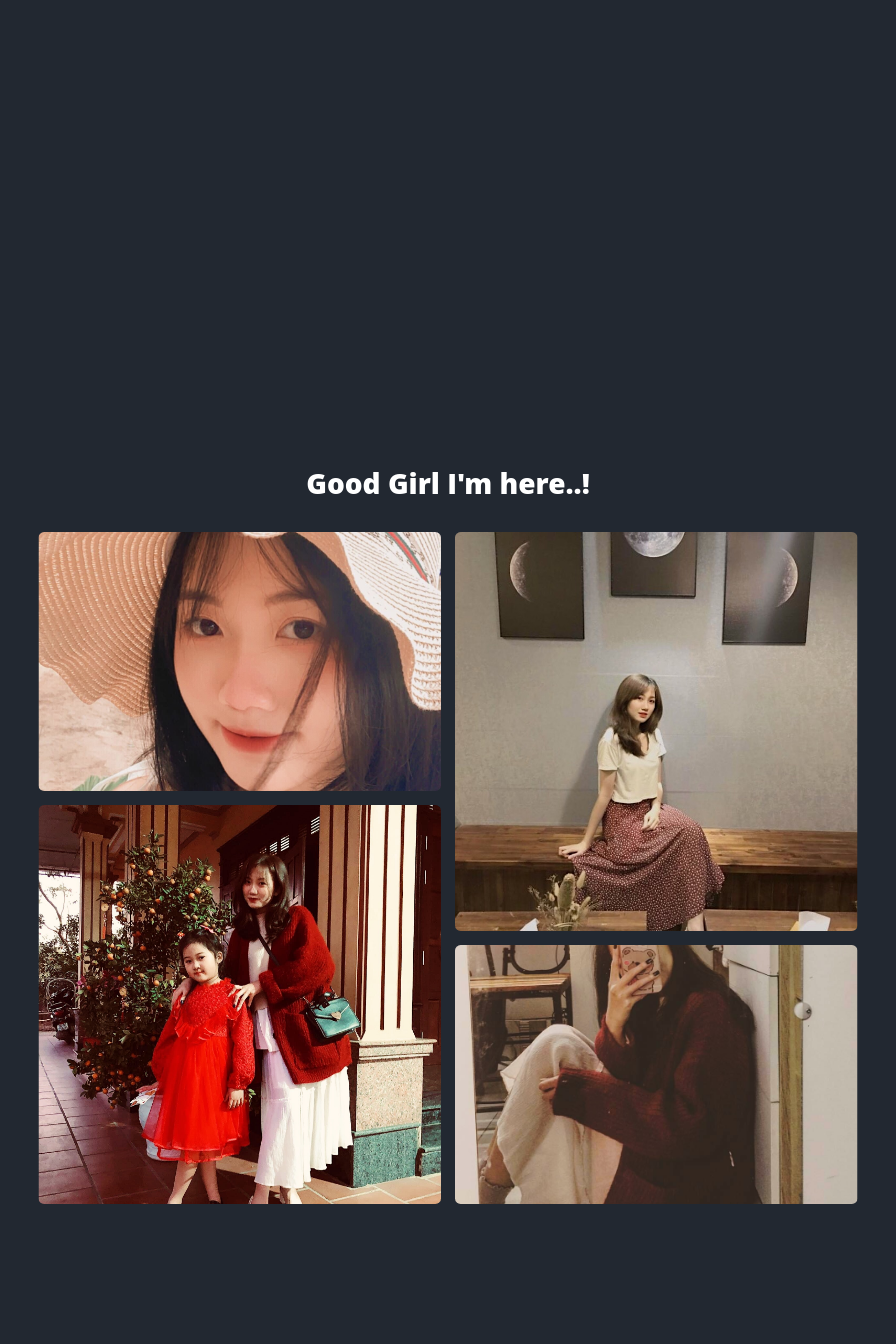
Repository: Datt21/p-happyB
Page: index.html
The author's editor kept a copy of each file at every save. The page is drawn from the files as they stood at one save, then again after the next save.
The browser window is 1280 px wide. The pictures show the part of the page from y = 970 to 2890 px (the page is 2890 px tall before and 2690 px after), at 70% of full size.
Some icons come from a web library that is not loaded, so they are not drawn.

Above is the page before, as saved 2021-08-31 05:33:33.

After the next save:
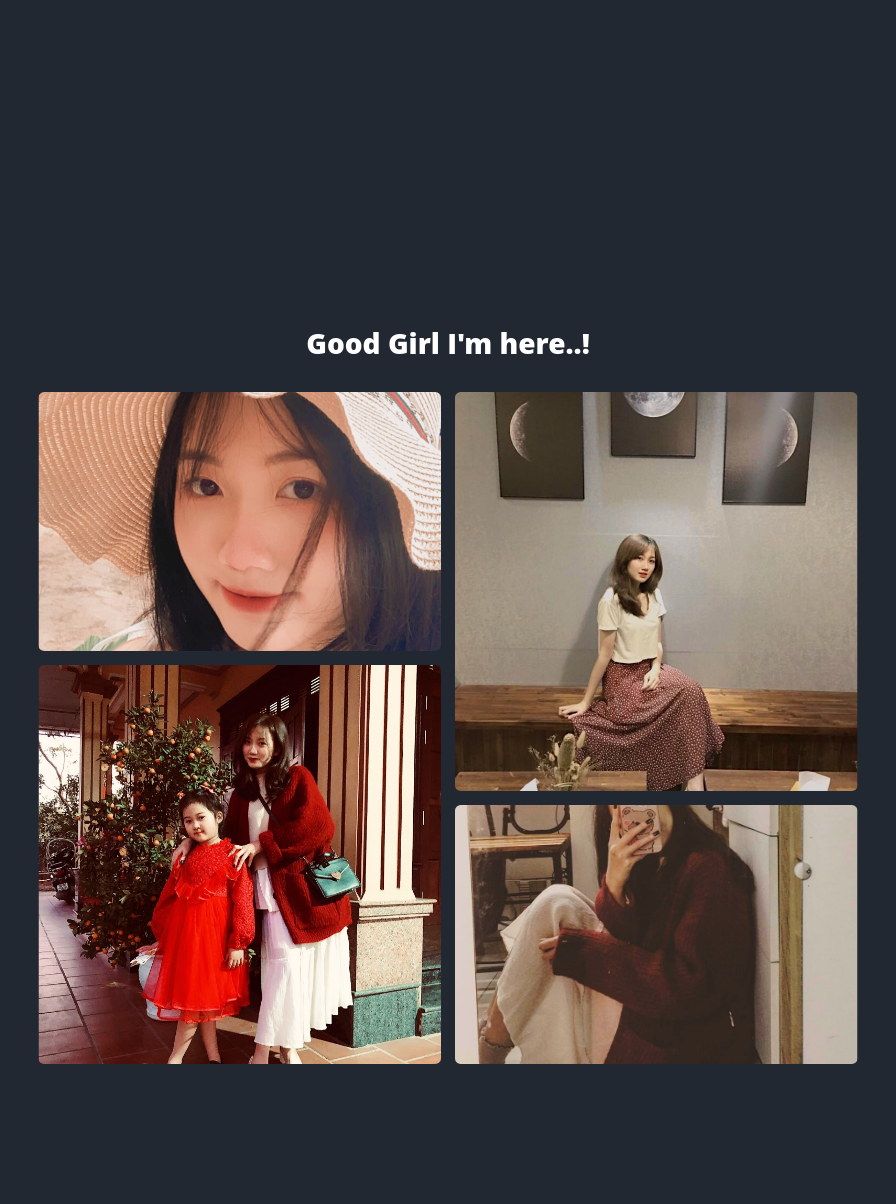
Saved 19 s later.
--- a/app.css
+++ b/app.css
@@ -96,7 +96,7 @@ main {
 }
 
 .about {
-    padding-top: 1500px;
+    padding-top: 1300px;
     padding-bottom: 200px;
 }
 .you-header {
